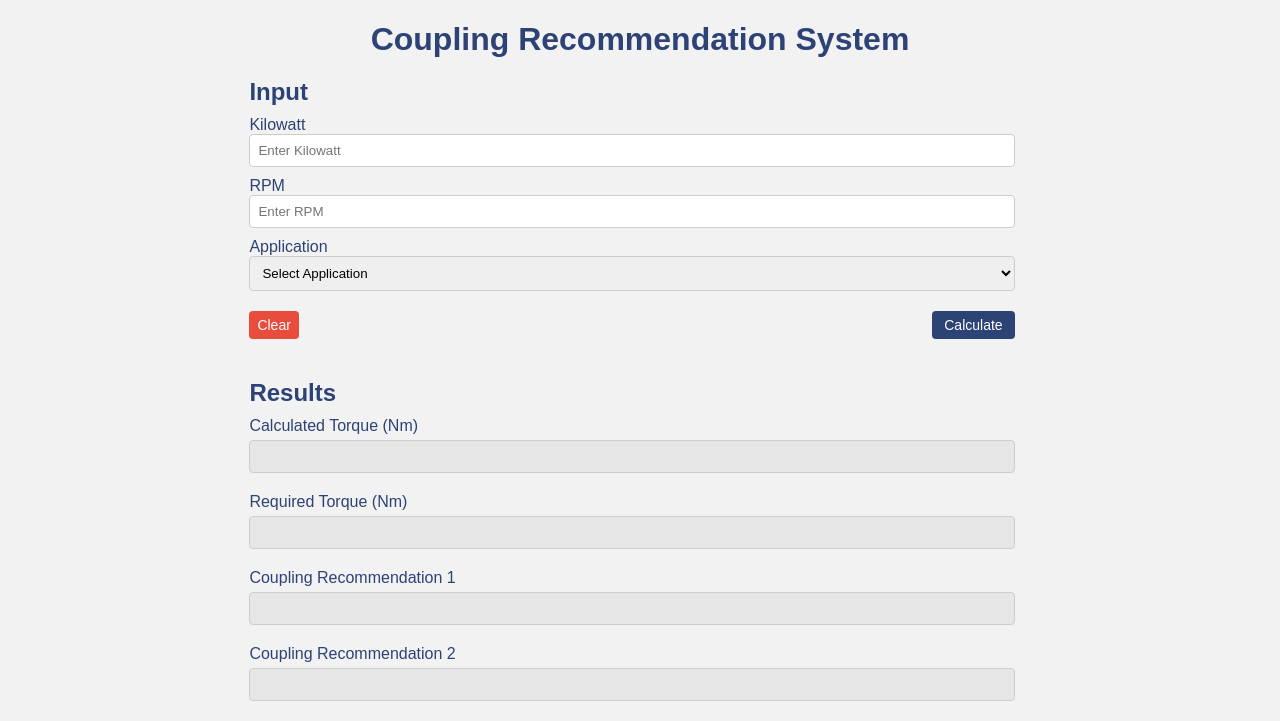
Repository: JustinSadie/calculator
Page: newIndex.html
An editor plug-in stored every save of this project. The page is shown before and after the next save, followed by the edit.
The browser window is 1280 px wide. The pictures show the whole page.

Above is the page before, as saved 2024-08-25 17:18:21.

### newIndex.html
<!DOCTYPE html>
<html lang="en">
  <head>
    <meta charset="UTF-8" />
    <meta name="viewport" content="width=device-width, initial-scale=1.0" />
    <title>Coupling Recommendation</title>
    <link rel="stylesheet" href="newCSS.css" />
  </head>
  <body>
    <div class="coupling-calculator">
      <h1>Coupling Recommendation System</h1>

      <div class="input-section">
        <h2>Input</h2>
        <label for="kilowatt">Kilowatt</label>
        <input
          type="number"
          id="kilowatt"
          placeholder="Enter Kilowatt"
          required
          min="0"
        />

        <label for="rotationSpeed">RPM</label>
        <input
          type="number"
          id="rotationSpeed"
          placeholder="Enter RPM"
          required
          min="0"
        />

        <label for="application">Application</label>
        <select id="application" required>
          <option value="">Select Application</option>
          <option value="1.2">Centrifugal Pumps</option>
          <option value="1.2">Fans</option>
          <option value="1.2">Belt Conveyors</option>
          <option value="1.6">Hammermill</option>
          <option value="1.6">Bucket Elevator</option>
          <option value="1.6">Scraper Conveyor</option>
          <option value="2.4">Reciprocating Pump</option>
          <option value="2.4">Compressor(3Cyl or less)</option>
          <option value="2">Crusher</option>
          <option value="2">Calender</option>
          <option value="2">Shaker</option>
          <option value="2">Compressor(4 Cyl or more)</option>
          <option value="4">Steel Mill rolers Tables</option>
          <option value="4">Heavy Reversing Drives</option>
        </select>
        <input
          type="text"
          id="customApplication"
          placeholder="Enter Custom Application"
          style="display: none"
        />

        <div class="button-container">
          <button class="clear" onclick="clearTable()">Clear</button>
          <button onclick="displayResults()">Calculate</button>

        </div>
      </div>

      <div class="output-section">
        <h2>Results</h2>
        <div class="result">
          <label for="torqueResult">Calculated Torque (Nm)</label>
          <input type="text" id="torqueResult" readonly />
        </div>

        <div class="result">
          <label for="coupRat">Required Torque (Nm)</label>
          <input type="text" id="coupRat" readonly />
        </div>

        <div class="result">
          <label for="brCouplingSuggest1">Coupling Recommendation 1</label>
          <input type="text" id="brCouplingSuggest1" readonly />
        </div>

        <div class="result">
          <label for="brCouplingSuggest2">Coupling Recommendation 2</label>
          <input type="text" id="brCouplingSuggest2" readonly />
        </div>
      </div>


    </div>

    <script src="Coupling generator copy.js"></script>
  </body>
</html>

### newCSS.css
/* Overall page styling */
body {
  font-family: Arial, sans-serif;
  margin: 0;
  padding: 0;
  background-color: #f2f2f2;
  color: #2d4275;
  display: flex;
  justify-content: center;
  align-items: center;
  min-height: 100vh;
}


h1 {
  color: #2d4275;
  text-align: center;
  margin-bottom: 20px;
}

/* Input section styling */
.input-section {
  margin-bottom: 20px;
}

.input-section h2 {
  color: #2d4275;
  margin-bottom: 10px;
}

input,
select {
  padding: 8px; /* Make the input fields smaller */
  margin-bottom: 10px;
  width: calc(100% - 16px); /* Adjust width to account for padding and borders */
  border: 1px solid #ccc;
  border-radius: 4px;
  box-sizing: border-box;
}

/* Container for buttons */
.button-container {
  display: flex;
  justify-content: space-between; /* Space between buttons */
  margin-top: 10px; /* Space from the fields above */
  width: calc(100% - 16px); /* Adjust width to account for padding and borders */
}

button {
  padding: 6px 12px; /* Adjust padding if needed */
  background-color: #2d4275;
  color: #ffffff;
  border: none;
  border-radius: 4px;
  cursor: pointer;
  font-size: 14px;


}

button:hover {
  background-color: #1a2a4f;
}

/* Small clear button styling */
button.clear {
  padding: 4px 8px; /* Smaller size for the clear button */
  background-color: #e74c3c; /* A red color for the clear button */
  color: #ffffff;
  border: none;
  border-radius: 4px;
  cursor: pointer;
  font-size: 14px; /* Smaller font size */
}

button.clear:hover {
  background-color: #c0392b; /* Darker red for hover effect */
}


/* Output section styling */
.output-section {
  margin-top: 40px;
}

.output-section h2 {
  color: #2d4275;
  margin-bottom: 10px;
}

.result {
  margin-bottom: 10px;
}

.result label {
  display: block;
  margin-bottom: 5px;
  color: #2d4275;
}

.result input {
  padding: 8px; /* Make the output fields smaller */
  border: 1px solid #ccc;
  border-radius: 4px;
  width: calc(100% - 16px); /* Adjust width to account for padding and borders */
  box-sizing: border-box;
  background-color: #f9f9f9;
}

.result input[readonly] {
  background-color: #e6e6e6;
  cursor: not-allowed;
}

### Coupling generator copy.js
lst = [97,128, 164, 187, 215, 255, 271, 314, 355, 428,
    471, 517, 618, 679, 706, 868, 889, 900,
    1089, 1227, 1296, 1392, 1427, 1641, 1768, 2081,
    2150, 2398, 2551, 2837, 3134, 3343, 3536, 3787,
    4274, 4873, 4963, 5326, 5860, 6645, 6721, 6978,
    7234, 8443, 8806, 9071, 9864, 10172, 10811, 11063,
    12835, 13359, 13870, 14165, 16126, 17502, 18434,
    20135, 20684, 21989, 24153, 28155, 28166, 29107,
    35206, 35584, 38136, 38177, 45784, 48006, 50019,
    52525, 55588, 58182, 68818, 72908, 75800, 79879,
    86627, 99418, 100312, 104658, 136282, 136785,
    152552, 178422, 208020, 234914, 366843
]


const bearingData = {
  black: {
    sizes: [97, 164, 271, 471, 679, 1089, 1641, 2551, 3787, 5326, 6721, 8443, 10811, 18434, 29107, 38177, 52525, 79879],
  },
  yellow: {
    sizes: [128, 215, 355, 618, 889, 1427, 2150, 3343, 4963, 6978, 8806, 11063, 14165, 24153, 38136, 50019, 68818, 104658],
  },
  blue: {
    sizes: [187, 314, 517, 900, 1296, 2081, 3134, 4873, 7234, 10172, 12835, 16126, 20684, 35206, 55588, 72908, 100312, 152552],
  },
  green: {
    sizes: [255, 428, 706, 1227, 1768, 2837, 4274, 6645, 9864, 13870, 17502, 21989, 28155, 48006, 75800, 99418, 136785, 208020],
  },
  red: {
    sizes: [517, 868, 1392, 2398, 3536, 5860, 9071, 13359, 20135, 28166, 35584, 45784, 58182, 86627, 136282, 178422, 234914, 366843],
  },
};

const sizeIndex = {
    "BR_95" : 0,
   "BR_115" : 1,
   "BR_135" : 2,
   "BR_155" : 3,
   "BR_179" : 4,
   "BR_206" : 5,
   "BR_236" : 6,
   "BR_276" : 7,
   "BR_306" : 8,
   "BR_336" : 9,
   "BR_366" : 10,
   "BR_406" : 11,
   "BR_446" : 12,
   "BR_506" : 13,
   "BR_556" : 14,
   "BR_636" : 15,
   "BR_716" : 16,
   "BR_826" : 17,
}


function calculateTorque(){
    var kilowatt = document.getElementById("kilowatt").value;
    var rotationSpeed = document.getElementById("rotationSpeed").value;
    var torque = ((kilowatt *  9550)/rotationSpeed);
    torqueResult = torque.toFixed(2) + " (Nm)";
    return {
        torqueresultText: torqueResult,
        torqueResultNumeric: torque,
    };

}

function getSafetyFactorValue(){
    var serviceFactor = document.getElementById("application").value;
    var customServiceFactor = document.getElementById("customApplication").value.trim();

    if (customServiceFactor) {
        return customServiceFactor;
    } else if (serviceFactor && serviceFactor !== "default") {
        return serviceFactor;
    } else {
        throw new Error("Please select an application or enter a custom application.");
    }
};


function calculateAndSetCouplingRating() {
    try {
        var torque = calculateTorque().torqueResultNumeric;
        var serviceFactor = getSafetyFactorValue();

        if (isNaN(serviceFactor)) {
            throw new Error("Invalid service factor input");
        }
        var couplingRating = Math.round(torque * serviceFactor);
        var couplingRatingResult = couplingRating + " (Nm)";

        return {
            couplingRatingText: couplingRatingResult,
            couplingRatingNumeric: couplingRating,
        };
    } catch (error) {
        console.error("Error in calculateAndSetCouplingRating:", error.message);
        return {
            error: error.message,
        };
    }
}



function nextNearestValue() {

    x = calculateAndSetCouplingRating().couplingRatingNumeric;

    for(const elem of lst){
        if(x <= elem) {
            const nextIndex = lst.indexOf(elem) + 1;
            if (nextIndex < lst.length) {
                return {
                    firstRecommendation : elem,
                    secondrecommendation : lst[nextIndex],
                };
            }
        }
    }
    return {
        firstRecommendation : elem,
        secondrecommendation : "none",
    }
}

function safetyFactor(nnv,torque){
    return (nnv/torque).toFixed(2);
}

function findColorAndSize(value) {
    for (const color in bearingData) {
      const sizes = bearingData[color].sizes;
      const index = sizes.indexOf(value);
      if (index !== -1) {
        const sizeKey = Object.keys(sizeIndex).find((key) => sizeIndex[key] === index);
        return {
          color: color,
          size: sizeKey,
        };
      }
    }
    return null;
}

function validateForm() {
    const kilowatt = document.getElementById('kilowatt').value;
    const rotationSpeed = document.getElementById('rotationSpeed').value;
    const application = document.getElementById('application').value;

    // Validate kilowatt
    if (!kilowatt || kilowatt <= 0) {
        alert('Please enter a valid Kilowatt value greater than 0.');
        return false;
    }

    // Validate rotation speed
    if (!rotationSpeed || rotationSpeed <= 0) {
        alert('Please enter a valid RPM value greater than 0.');
        return false;
    }

    // Validate application
    if (!application) {
        alert('Please select an Application.');
        return false;
    }

    return true;
}

function displayResults(){
    if (validateForm()) {
        var newVal = calculateAndSetCouplingRating();
        document.getElementById('torqueResult').value=calculateTorque().torqueresultText;
        document.getElementById('coupRat').value=calculateAndSetCouplingRating().couplingRatingText;

        document.getElementById('brCouplingSuggest1').value=findColorAndSize(nextNearestValue().firstRecommendation).size + " - " + findColorAndSize(nextNearestValue().firstRecommendation).color;
        document.getElementById('brCouplingSuggest2').value=findColorAndSize(nextNearestValue().secondrecommendation).size + " - " + findColorAndSize(nextNearestValue().secondrecommendation).color;
        document.getElementById('sfCouplingSuggest1').value=safetyFactor(nextNearestValue().firstRecommendation, calculateTorque().torqueResultNumeric);
        document.getElementById('sfCouplingSuggest2').value=safetyFactor(nextNearestValue().secondrecommendation, calculateTorque().torqueResultNumeric);
    }

}


function clearTable() {
    document.getElementById('kilowatt').value = "";
    document.getElementById('rotationSpeed').value = "";
    document.getElementById('application').selectedIndex = 0;
    document.getElementById('customApplication').value = "";
    document.getElementById('torqueResult').value = "";
    document.getElementById('coupRat').value = "";
    document.getElementById('brCouplingSuggest1').value = "";
    document.getElementById('brCouplingSuggest2').value = "";
}

function validateInput(inputId) {
    var inputElement = document.getElementById(inputId);
    var inputValue = inputElement.value.trim();

    if (inputValue === "") {
        alert("Input cannot be empty.");
        return false;
    }

    if (!/^\d+$/.test(inputValue)) {
        alert("Input must contain only numbers.");
        return false;
    }

    return true;
}

function validateForm() {
    if (!validateInput("kilowatt") || !validateInput("rotationSpeed")) {
        return false;
    }
    return true;
}

After the next save:
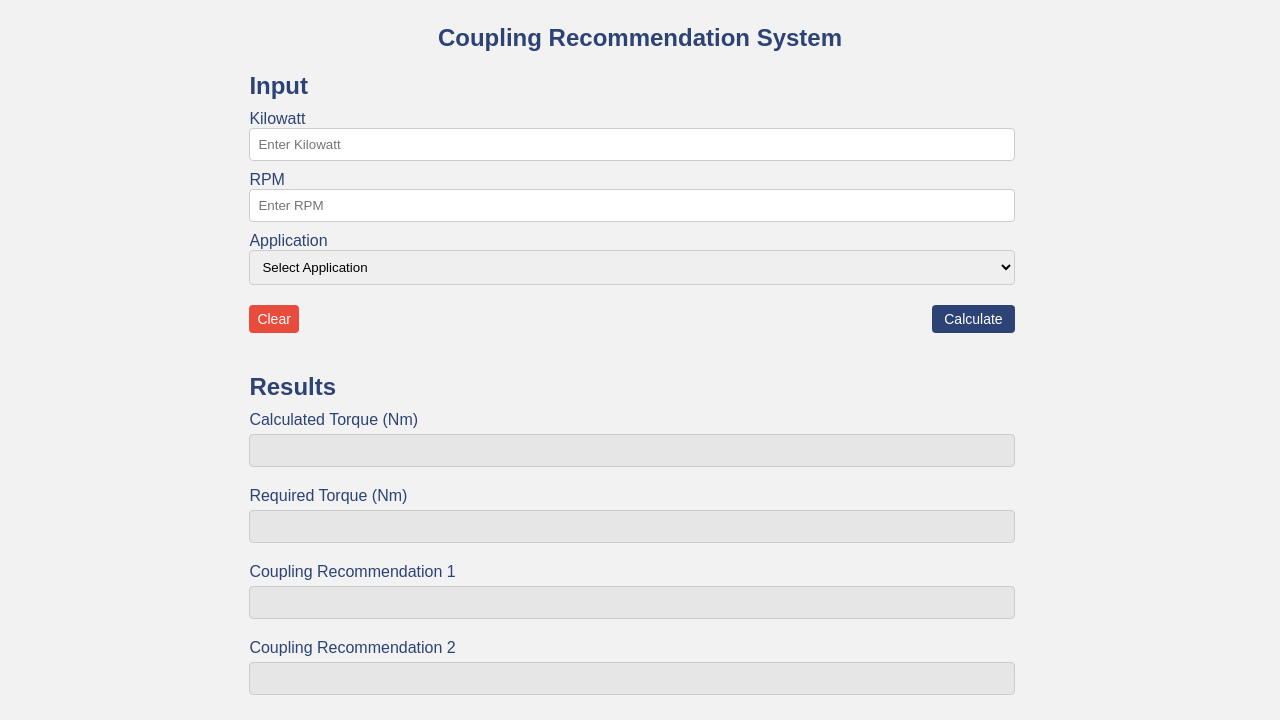
Saved 32 s later.
--- a/newIndex.html
+++ b/newIndex.html
@@ -7,7 +7,7 @@
     <link rel="stylesheet" href="newCSS.css" />
   </head>
   <body>
-    <div class="coupling-calculator">
+    <section class="coupling-calculator">
       <h1>Coupling Recommendation System</h1>
 
       <div class="input-section">
@@ -86,7 +86,7 @@
       </div>
 
 
-    </div>
+    </section>
 
     <script src="Coupling generator copy.js"></script>
   </body>

After the 2 saves that followed:
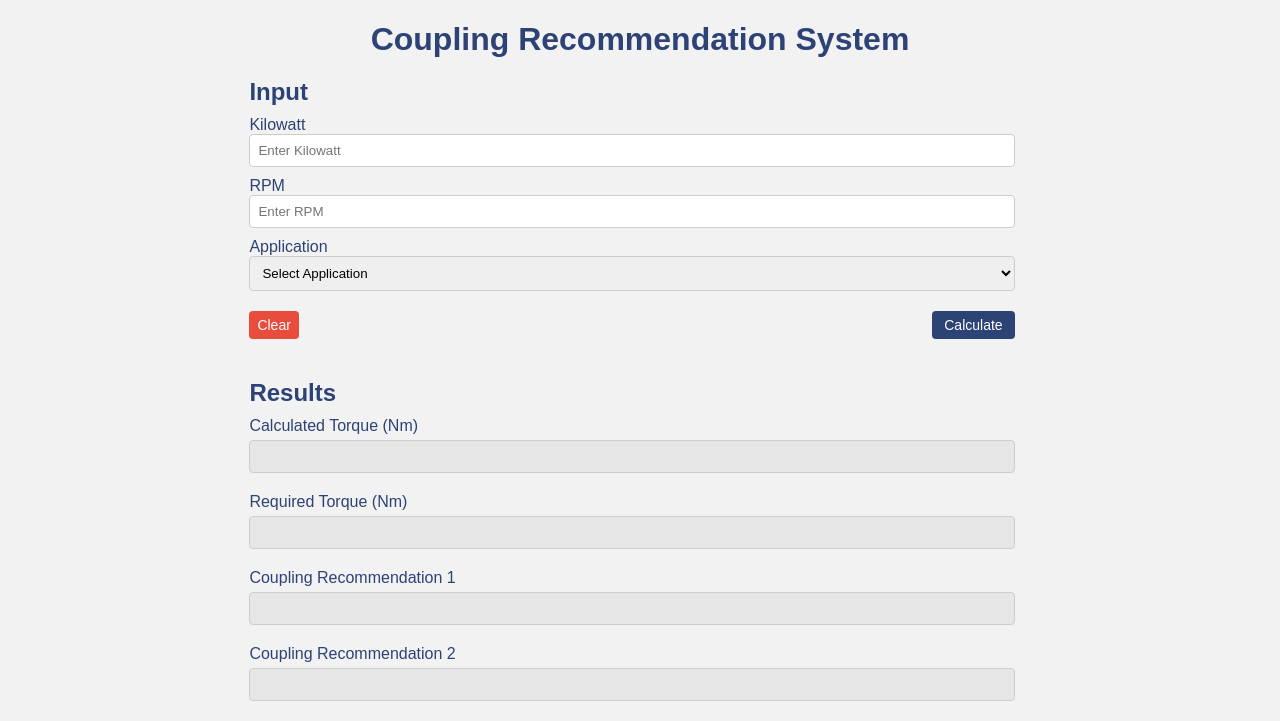
The 2 saves are shown as one change because 1 left the picture as it was.
The last was saved 5 min 9 s later.
--- a/newIndex.html
+++ b/newIndex.html
@@ -7,7 +7,7 @@
     <link rel="stylesheet" href="newCSS.css" />
   </head>
   <body>
-    <section class="coupling-calculator">
+    <div class="coupling-calculator">
       <h1>Coupling Recommendation System</h1>
 
       <div class="input-section">
@@ -86,7 +86,7 @@
       </div>
 
 
-    </section>
+    </div>
 
     <script src="Coupling generator copy.js"></script>
   </body>
--- a/newCSS.css
+++ b/newCSS.css
@@ -11,6 +11,14 @@ body {
   min-height: 100vh;
 }
 
+section .coupling-caclulator {
+  padding: 20px;
+  background-color: #ffffff;
+  box-shadow: 0 0 10px rgba(0, 0, 0, 0.1);
+  border: 2px solid #2d4275; /* Add border around the container */
+  border-radius: 8px;
+  box-sizing: border-box; /* Include padding and border in the width */
+}
 
 h1 {
   color: #2d4275;
